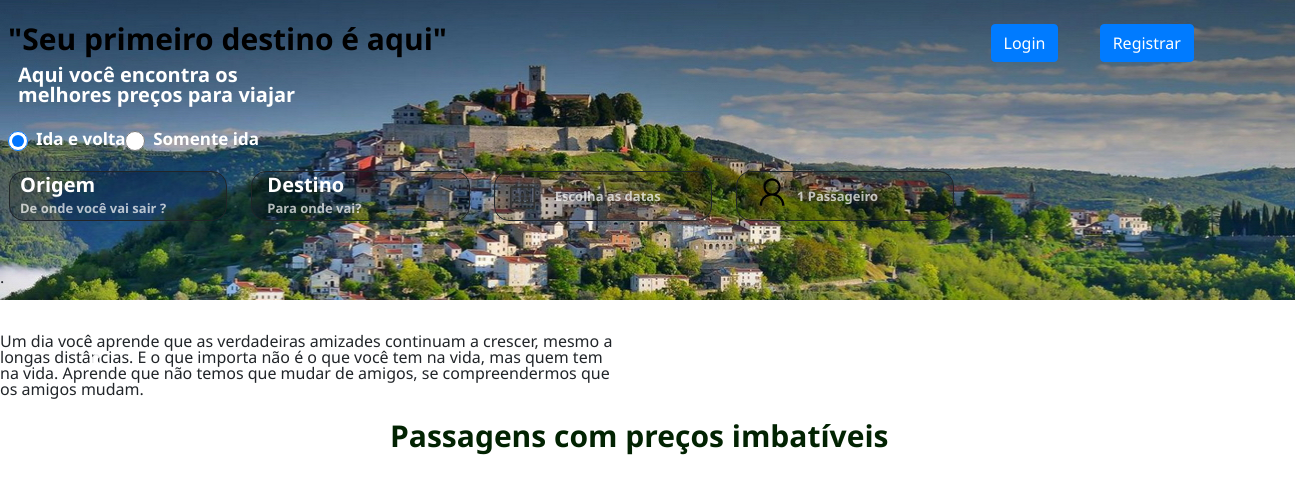
Repository: VictorFlay/Aplicacao-WEB
Page: http://localhost/ProjetoWeb/
The author's editor kept a copy of each file at every save. The page is drawn from the files as they stood at one save, then again after the next save.
The browser window is 1280 px wide. The page is 1295 px wide, so the pictures cover 1295 px, including what lies to the right of the window. The pictures show the whole page.
Some web libraries are served in a nearby version. The page is served by Tomcat 9. Other server files are loaded and not shown. Queries for data that is not in the repository find no rows.

Above is the page before, as saved 2021-07-14 19:14:16.

### ProjetoWeb/WebContent/index.jsp
<%@page import="model.Passagem" %>
<html lang="pt">
<head>
	<%@ page contentType="text/html; charset=UTF-8" %>
 <meta http-equiv="Content-Type" content="text/html; charset=UTF-8" />
    <script
  src="https://code.jquery.com/jquery-3.6.0.js"
  integrity="sha256-H+K7U5CnXl1h5ywQfKtSj8PCmoN9aaq30gDh27Xc0jk="
  crossorigin="anonymous"></script>
    <meta charset="UTF-8">
    <meta http-equiv="X-UA-Compatible" content="IE=edge">
    <meta name="viewport" content="width=device-width, initial-scale=1.0">
    <link rel="stylesheet" type="text/css" href="css/design.css">
    <script src="https://code.jquery.com/jquery-3.2.1.slim.min.js" integrity="sha384-KJ3o2DKtIkvYIK3UENzmM7KCkRr/rE9/Qpg6aAZGJwFDMVNA/GpGFF93hXpG5KkN" crossorigin="anonymous"></script>

    <!-- Bootstrap CSS -->
    <link rel="stylesheet" href="https://maxcdn.bootstrapcdn.com/bootstrap/4.0.0/css/bootstrap.min.css" integrity="sha384-Gn5384xqQ1aoWXA+058RXPxPg6fy4IWvTNh0E263XmFcJlSAwiGgFAW/dAiS6JXm" crossorigin="anonymous">

    <title>Document</title>
    <%
    	String carousel = new Passagem().CarouselPromocao();
    	String carouselcards = new Passagem().CarouselCards();
    	String nome = (String) session.getAttribute("nome");
    %>
</head>
<body>



    <script src="https://cdnjs.cloudflare.com/ajax/libs/popper.js/1.12.9/umd/popper.min.js" integrity="sha384-ApNbgh9B+Y1QKtv3Rn7W3mgPxhU9K/ScQsAP7hUibX39j7fakFPskvXusvfa0b4Q" crossorigin="anonymous"></script>
    <script src="https://maxcdn.bootstrapcdn.com/bootstrap/4.0.0/js/bootstrap.min.js" integrity="sha384-JZR6Spejh4U02d8jOt6vLEHfe/JQGiRRSQQxSfFWpi1MquVdAyjUar5+76PVCmYl" crossorigin="anonymous"></script>
    <meta name="viewport" content="width=device-width, initial-scale=1, shrink-to-fit=no">


    <div class="container-fluid px-0">


        <img src="img/menu.jpg" class="img-responsive" alt="Responsive image" id="imagem">


    <div class="row">


        <div class="col-12 col-lg-9 justify-content-between mt-4 ml-2" id="mensagem">
            "Seu primeiro destino é aqui"
        </div>



	<% if(nome == null){ %>
    <div class="col-4 col-lg-1 mt-4">
      			<button type="button" class="btn btn-primary" data-toggle="modal" data-target="#login" data-whatever="@mdo">Login</button>

				<div class="modal fade" id="login" tabindex="-1" role="dialog" aria-labelledby="exampleModalLabel" aria-hidden="true">
				  <div class="modal-dialog" role="document">
				    <div class="modal-content">
				      <div class="modal-header">
				        <h5 class="modal-title" id="exampleModalLabel">Login</h5>
				        <button type="button" class="close" data-dismiss="modal" aria-label="Close">
				          <span aria-hidden="true">&times;</span>
				        </button>
				      </div>
				      <div class="modal-body">
				        <form method="POST" id="login-form">
				          <div class="form-group">
				          	<div class="alert alert-danger center" role="alert" id="errologin">

							</div>

				            <label for="login" class="col-form-label">Login:</label>
				            <input type="text" class="form-control" id="username" name="username">
				          </div>

				          <div class="form-group">

							<label for="senha" class="col-form-label">Senha:</label>
				            <input type="password" class="form-control" id="senha" name="senha">

				          </div>




				      <div class="modal-footer">
				        <button type="button" class="btn btn-secondary" data-dismiss="modal">Close</button>
				        <button type="submit" class="btn btn-primary">Send message</button>
				      </div>
				      </form>
				      </div>
				    </div>
				  </div>
				</div>



    </div>

<div class="col-4 col-lg-1 mt-4">
      			<button type="button" class="btn btn-primary" data-toggle="modal" data-target="#registrar" data-whatever="@mdo">Registrar</button>

				<div class="modal fade" id="registrar" tabindex="-1" role="dialog" aria-labelledby="exampleModalLabel" aria-hidden="true">
				  <div class="modal-dialog" role="document">
				    <div class="modal-content">
				      <div class="modal-header">
				        <h5 class="modal-title" id="exampleModalLabel">Registrar</h5>
				        <button type="button" class="close" data-dismiss="modal" aria-label="Close">
				          <span aria-hidden="true">&times;</span>
				        </button>
				      </div>
				      <div class="modal-body">
				        <form method="POST" id="register-form">
				        	<div class="alert alert-danger center" role="alert" id="erro">
  								Nome ou Login já cadastrado!
							</div>
				          <div class="form-group">
				            <label for="nome" class="col-form-label">Nome Completo:</label>
				            <input type="text" class="form-control" id="nome" name="nome">
				          </div>

				          <div class="form-group">
							<label for="login" class="col-form-label">Login:</label>
				            <input type="text" class="form-control" id="cxlogin" name="cxlogin">
				          </div>

				          <div class="form-group">
							<label for="senha" class="col-form-label">Senha:</label>
				            <input type="password" class="form-control" id="cxsenha" name="cxsenha">
				          </div>

				         <div class="form-row">
						<div class="form-group col-md-6">
							<label for="telefone" class="col-form-label">Telefone:</label>
				            <input type="text" class="form-control" id="telefone" placeholder="Digite seu telefone..." name="telefone">
				          </div>


						<div class="form-group col-md-3 ml-4">
							<label for="estado" class="col-form-label">Estado</label>
      						<select id="estado" class="form-control">
	        					<option value="AC" selected>AC</option>
	       						<option value="AL">AL</option>
	       						<option value="AP">AP</option>
	       						<option value="AM">AM</option>
	       						<option value="BA">BA</option>
	       						<option value="CE">CE</option>
	       						<option value="ES">ES</option>
	       						<option value="GO">GO</option>
	       						<option value="MA">MA</option>
	       						<option value="MT">MT</option>
	       						<option value="MS">MS</option>
	       						<option value="MG">MG</option>
	       						<option value="PA">PA</option>
	       						<option value="PB">PB</option>
	       						<option value="PR">PR</option>
	       						<option value="PE">PE</option>
	       						<option value="PI">PI</option>
	       						<option value="RJ">RJ</option>
	       						<option value="RN">RN</option>
	       						<option value="RS">RS</option>
	       						<option value="RO">RO</option>
	       						<option value="RR">RR</option>
	       						<option value="SC">SC</option>
	       						<option value="SP">SP</option>
	       						<option value="SE">SE</option>
	       						<option value="TO">TO</option>
	       						<option value="DF">DF</option>
      						</select>
						</div>
				      </div>


				      <div class="modal-footer">
				        <button type="button" class="btn btn-secondary" data-dismiss="modal">Close</button>
				        <button type="submit" class="btn btn-primary">Send message</button>
				      </div>
				      </form>
				      </div>
				    </div>
				  </div>
				</div>
  			</div>
	<% }

	else{
	%>
	<div class="row justify-content-end">
		<div class="col-4 col-lg-1 mt-4 ml-4">
			<a href="deslogar.jsp">
			<button type="button" class="btn btn-primary">Deslogar</button>
	        </a>
	    </div>
    </div>

	<% } %>

	</div>
    <div class="row">
        <div class="col-12 col-lg-3 ml-2" id="mensagem2">
            Aqui você encontra os melhores preços para viajar
        </div>
    </div>

    <div class="row">
        <div class="col-2 col-lg-1 mt-4 ml-2">
            <div class="form-check" >
                <input class="form-check-input" type="radio" name="exampleRadios" id="radio1" value="option1" checked>
                <label class="form-check-label jss29 ml-2 mt-1" for="exampleRadios1">
                    Ida e volta
                </label>
            </div>
        </div>

        <div class="col-2 col-lg-1 mt-4 ml-2">
            <div class="form-check">
                <input class="form-check-input" type="radio" name="exampleRadios" id="radio1" value="option1">
                <label class="form-check-label jss29 ml-2 mt-1" for="exampleRadios1">
                    Somente ida
                </label>
            </div>
        </div>
    </div>

    <div class="row">
        <div class="col-5 col-lg-2 mt-4 ml-4" id="origem">
            <div class="jss1"><p>Origem</p></div>
            <div class="jss2">De onde você vai sair ?</div>
        </div>

        <div class="col-5 col-lg-2 mt-4 ml-4" id="destino">
            <div class="jss3">Destino</div>
            <div class="jss4">Para onde vai?</div>
        </div>

        <div class="col-5 col-lg-2 mt-4 ml-4" id="calendario">
            <img src="img/calendario.jpg" width="25px" height="25px" id="iconecalendario">
            <div class="jss5">Escolha as datas</div>
        </div>

        <div class="col-5 col-lg-2 mt-4 ml-4" id="passageiro">
            <div id="perfil">
                <img src="img/perfil.png" width="40px" height="40px" >
            </div>
            <div class="jss6">1 Passageiro</div>
        </div>




      </div>

	<div class="row mt-5">
		 <div class="col-sm-6 col-lg-2">
		.
        </div>
	</div>


      <div class="row mt-5">
        <div class="col-6 col-lg-6 ">
            Um dia você aprende que as verdadeiras amizades continuam a crescer, mesmo a longas distâncias. E o que importa não é o que você tem na vida, mas quem tem na vida. Aprende que não temos que mudar de amigos, se compreendermos que os amigos mudam.
         </div>
         <div class="col-6 col-lg-5">
			<% out.print(carousel); %>
         </div>
        <div class="col-12 col-lg-12 ">
            <div class="mx-auto msg mt-4" style="width: 500px;">
  				Passagens com preços imbatíveis
			</div>
         </div>
		</div>



		<div class="row mt-4">
			<div class="col-sm-12">

				<% out.print(carouselcards); %>

			</div>
		</div>


</div>







<script src="https://code.jquery.com/jquery-3.3.1.min.js" integrity="sha256-FgpCb/KJQlLNfOu91ta32o/NMZxltwRo8QtmkMRdAu8=" crossorigin="anonymous"></script>
<script type="text/javascript" src="js/script.js"></script>






</body>
</html>

### ProjetoWeb/src/model/Passagem.java
package model;


import java.sql.ResultSet;
import java.sql.SQLException;
import java.text.NumberFormat;
import java.util.Locale;

import database.DBQuery;

public class Passagem {
	private int idPassagem;
	private int idLocalizacao;
	private int promocao;

	private String tableName = "";
	private String fieldsName = "";
	private String keyField = "";
	private DBQuery dbQuery = null;

	Locale ptBr = new Locale("pt", "BR");

	public Passagem() {
		this.tableName = "passagem";
		this.fieldsName = "idLocalizacao, promocao";
		this.keyField = "idPassagem";
		this.dbQuery = new DBQuery(this.tableName, this.fieldsName, this.keyField);
	}

	public Passagem(String idLocalizacao, String promocao) {
		this.tableName = "passagem";
		this.fieldsName = "idLocalizacao, promocao";
		this.keyField = "idPassagem";
		this.dbQuery = new DBQuery(this.tableName, this.fieldsName, this.keyField);

		this.setIdLocalizacao(Integer.parseInt(idLocalizacao));
		this.setPromocao(Integer.parseInt(promocao));
	}

	public String[] toArray() {
		return(
			new String[] {
				""+this.getIdLocalizacao(),
				""+this.getPromocao()
			}
		);
	}

	public boolean save() {
		ResultSet rs = this.dbQuery.select("idLocalizacao = '"+this.getIdLocalizacao()+"'");
		try {
			while(rs.next()) {
				return true;
			}
		} catch (SQLException e) {

		}
		this.dbQuery.insert(this.toArray());
		return false;
	}


	public String CarouselPromocao() {
		ResultSet rss = this.dbQuery.selectPromocao("PROMOCAO = 1 group by lo.nome");
		String saida = "<div id=\"indicador\" class=\"carousel slide\" data-ride=\"carousel\">";

		int i = 0;
		saida += "<ol class=\"carousel-indicators\">";
		try {
			while(rss.next()) {
				if(i == 0) {
					saida += "<li data-target=\"#indicador\" data-slide-to="+i+" class=\"active\"></li>";
				}
				else {
					saida += "<li data-target=\"#indicador\" data-slide-to="+i+"></li>";
				}
				i++;
			}
		} catch (SQLException e1) {

			e1.printStackTrace();
		}
		saida += "</ol>";


		ResultSet rs = this.dbQuery.selectPromocao("PROMOCAO = 1 group by lo.nome");
		saida += "<div class=\"carousel-inner\">";
		i = 0;
		try {
			while(rs.next()) {
				if(i == 0) {
				saida += "<div class=\"carousel-item active\">\r\n" +
						"<a href=passagens.jsp?idpassagem="+rs.getString("passagem")+">"+
						"  <img class=\"d-block w-100\" src=" + rs.getString("URL") + " style=\"height:380px; width:350px;\">\r\n" +
						"</a>" +
						" <div class=\"carousel-caption d-none d-md-block\">" +
						"<h4>" + rs.getString("nome") + "</h4>" +
						"<p>" + "preço a partir de: " + NumberFormat.getCurrencyInstance(ptBr).format(rs.getFloat("preco")) + "<p>" +
						" </div> </div>";
				}
				else {
					saida += "<div class=\"carousel-item\">\r\n" +
							"<a href=passagens.jsp?idpassagem="+rs.getString("passagem")+">"+
							"  <img class=\"d-block w-100\" src=" + rs.getString("URL") + " style=\"height:380px; width:350px;\">\r\n" +
							"</a>" +
							" <div class=\"carousel-caption d-none d-md-block\">" +
							"<h4>" + rs.getString("nome") + "</h4>" +
							"<p>" + "preço a partir de: " + NumberFormat.getCurrencyInstance(ptBr).format(rs.getFloat("preco")) + "<p>" +
							" </div> </div>";
				}
				i++;
			}
		}catch (SQLException e) {
			e.printStackTrace();
		}
		saida +="</div>";

		saida += "  <a class=\"carousel-control-prev\" href=\"#indicador\" role=\"button\" data-slide=\"prev\">\r\n" +
				"    <span class=\"carousel-control-prev-icon\" aria-hidden=\"true\"></span>\r\n" +
				"    <span class=\"sr-only\">Previous</span>\r\n" +
				"  </a>\r\n" +
				"  <a class=\"carousel-control-next\" href=\"#indicador\" role=\"button\" data-slide=\"next\">\r\n" +
				"    <span class=\"carousel-control-next-icon\" aria-hidden=\"true\"></span>\r\n" +
				"    <span class=\"sr-only\">Next</span>\r\n" +
				"  </a>\r\n" +
				"</div>";

		return (saida);
	}


	public String CarouselCards() {
		ResultSet rs = this.dbQuery.selectPromocao("PROMOCAO = 0 group by lo.nome");

		String saida = "<div id=\"inam\" class=\"carousel slide\" data-ride=\"carousel\">";
		saida += "	<div class=\"carousel-inner\">\r\n";


		int i = 0;
		try {
			while(rs.next()) {
				if(i == 0) {
					saida += "<div class=\"carousel-item active dr\">\r\n" +
							"	<div class=\"container\">\r\n" +
							"		<div class=\"row\">";
				}else if(i % 3 == 0) {
					saida += "<div class=\"carousel-item dr\">\r\n" +
							"	<div class=\"container\">\r\n" +
							"		<div class=\"row\">";
				}
				i++;
				saida += "<div class=\"col-3 col-lg-3\">\r\n" +
						"	<div class=\"card\" style=\"width: 100%;height: 100%;margin: auto;\">\r\n" +
						"	<img src=" + rs.getString("URL") + " class=\"card-img-top\">\r\n" +
						"	<div class=\"card-body\">\r\n" +
						"		<h2 class=\"card-title\">" + rs.getString("nome") + "</h2>" +
						"		<p class=\"card-text\">" +"<h6>Preço a partir de: "+ NumberFormat.getCurrencyInstance(ptBr).format(rs.getFloat("preco")) +"</h6></p>\r\n" +
						"			<a href=passagens.jsp?idpassagem=" + rs.getString("passagem") + ">" +
						"		<button type=\"button\" class=\"btn btn-warning\">Detalhes</button>\r\n" +
						"			</a>" +
						"		</div>" +
						"	</div>" +
						"</div>";

				if(i % 3 == 0) {
					saida += "</div>\r\n" +
							"</div>\r\n" +
							"</div>";
				}
			}
		saida += "</div></div></div>";


		saida += "<a href=\"#inam\" class=\"carousel-control-prev\" data-slide=\"prev\">\r\n" +
					"<span class=\"carousel-control-prev-icon\"></span>\r\n" +
				"</a>\r\n" +
				"<a href=\"#inam\" class=\"carousel-control-next\" data-slide=\"next\">\r\n" +
				"	<span class=\"carousel-control-next-icon\"></span>\r\n" +
				"</a>\r\n" +
				"</div>";
		} catch (SQLException e) {
			// TODO Auto-generated catch block
			e.printStackTrace();
		}
		return (saida);
	}

	public String destino (String idpassagem) {
		ResultSet rs = this.dbQuery.destino ("passagem.idPassagem = '" + idpassagem + "'");
		String saida = null;

		try {
			while (rs.next ()) {
				saida = rs.getString ("nome");
			}
		} catch (SQLException e) {
			// TODO bloco de captura gerado automaticamente
			e.printStackTrace ();
		}

		return (saida);
	}

	public String passagemDisponivel() {
		ResultSet rs = this.dbQuery.selectPassagem("");
		String saida = "<select id=\"cxpassagem\" name=\"cxpassagem\" class=\"form-control\">";
		try {
			while(rs.next()) {
				saida += "<option value="+ rs.getInt("idPassagem")+">"+ rs.getString("nome") + "</option>";
			}
			saida += "</select>";

		} catch (SQLException e) {
			e.printStackTrace();
		}
		return(saida);
	}


	public String selectPassagem() {
		ResultSet rs = this.dbQuery.selectPassagem("");
		String saida = "";

		try {
			while(rs.next()) {
				saida += "<div class=\"col-md-3 mt-3\">\r\n" +
						"		<div class=\"card\">\r\n" +
						"		  <div class=\"card-body\">\r\n" +
						"		<div class=\"col text-center\">" +
						"			<img src=\"img/globo.png\" class=\"bloco\" >" +
						"		</div>" +
						"		<div class=\"row mt-1\">\r\n" +
						"			<div class=\"col-md-12\">" +
						"		    <h6 class=\"card-text\">Nome do lugar: "+rs.getString("nome")+ "</h6>\r\n" +
						"			</div>" +
						"		</div>" +
						"		<div class=\"row mt-1\">\r\n" +
						"			<div class=\"col-md-12\">" +
						"		    	<h6 class=\"card-text\">Promoção (destaque index): "+(rs.getInt("promocao")==0?"Não":"Sim")+ "</h6>\r\n" +
						"			</div>" +
						"		</div>" +
						"		<div class=\"row justify-content-center mt-2 \">" +
						"			<div class=\"col-3 text-center\">\r\n" +
						"				<a href="+"excluirpassagem.jsp?idpassagem="+rs.getInt("id")+">" +
						"					<button type=\"button\" class=\"btn btn-primary excluirpassagem\" data-toggle=\"modal\" data-target=\"#myModal\">\r\n" +
						"						Excluir" +
						"					</button>\r\n"+
						"				</a>" +
						"		</div></div>  </div>\r\n" +
						"		</div>\r\n" +
						"</div>";
			}
		} catch (SQLException e) {
			// TODO Auto-generated catch block
			e.printStackTrace();
		}

		saida += "</div>";
		return(saida);
	}


	public void deletePassagem() {
		ResultSet rs = this.dbQuery.quantidadePassagem("passagem.idPassagem="+this.getIdPassagem());
		int qntd = 0;
		try {
			while(rs.next()) {
				qntd = rs.getInt("qntd");
			}
		} catch (SQLException e) {
			e.printStackTrace();
		}
		if(qntd >= 1) {
			this.dbQuery.deleteLinha("idPassagem="+ "" + this.getIdPassagem());
			this.dbQuery.deletePassagem("idPassagem=" + "" + this.getIdPassagem());
		}else {
			this.dbQuery.deletePassagem("idPassagem=" + "" + this.getIdPassagem());
		}

	}

	public int getIdPassagem() {
		return idPassagem;
	}

	public void setIdPassagem(int idPassagem) {
		this.idPassagem = idPassagem;
	}

	public int getIdLocalizacao() {
		return idLocalizacao;
	}

	public void setIdLocalizacao(int idLocalizacao) {
		this.idLocalizacao = idLocalizacao;
	}

	public int getPromocao() {
		return promocao;
	}

	public void setPromocao(int promocao) {
		this.promocao = promocao;
	}

}

### ProjetoWeb/src/database/DBConnection.java
package database;


import java.lang.reflect.InvocationTargetException;
import java.sql.Connection;
import java.sql.DriverManager;
import java.sql.SQLException;

public class DBConnection {

	private String host;
	private String port;
	private String schema;
	private String user;
	private String password;

	private Connection connection = null;

	public DBConnection(String host, String port, String schema, String user, String password) {
		this.setHost(host);
		this.setPort(port);
		this.setSchema(schema);
		this.setUser(user);
		this.setPassword(password);
		this.doConnection();
	}

	public DBConnection() {
		this.setHost	("localhost");
		this.setPort	("3306");
		this.setSchema	("agencia");
		this.setUser	("root");
		this.setPassword("");
		this.doConnection();
	}

	private void doConnection() {
		String timezone = "&useTimezone=true&serverTimezone=UTC";// use o &useTimezone=true&serverTimezone=UTC para não ter problemas de data;
		String url = "jdbc:mysql://"+this.host+":"+port+"/"+this.schema+"?user="+this.user+"&password="+this.password+timezone;
		try {
			// Class.forName("com.mysql.jdbc.Driver").newInstance();
			// A linha acima foi depreciada após o mysql 8.0
			// A partir do mysql-connector-java-8.0.17.jar utilize as duas linhas abaixo
			Class.forName("com.mysql.cj.jdbc.Driver").getConstructor().newInstance();
			DriverManager.registerDriver(new com.mysql.cj.jdbc.Driver());
			this.connection = DriverManager.getConnection(url);
		} catch (InstantiationException e){
			e.printStackTrace();
		} catch (IllegalAccessException e){
			e.printStackTrace();
		} catch (ClassNotFoundException e) {
			e.printStackTrace();
		} catch (SQLException e) {
			e.printStackTrace();
		}catch (IllegalArgumentException e) {
			e.printStackTrace();
		} catch (InvocationTargetException e) {
			e.printStackTrace();
		} catch (NoSuchMethodException e) {
			e.printStackTrace();
		} catch (SecurityException e) {
			e.printStackTrace();
		}
	}

	public String getHost() {
		return host;
	}

	public void setHost(String host) {
		this.host = ( host.isEmpty() ? "localhost" : host ) ;
	}

	public String getPort() {
		return port;
	}

	public void setPort(String port) {
		this.port = ( port.isEmpty() ? "3306" : port ) ;
	}

	public String getSchema() {
		return schema;
	}

	public void setSchema(String schema) {
		this.schema = schema;
	}

	public String getUser() {
		return user;
	}

	public void setUser(String user) {
		this.user = user;
	}

	public String getPassword() {
		return password;
	}

	public void setPassword(String password) {
		this.password = password;
	}

	public Connection getConnection() {
		return (this.connection);
	}

}

### ProjetoWeb/WebContent/js/script.js
	$(document).ready(function(){
		 $('#mensagem').css({'color': 'black'});
	});

Loaded but not shown: ProjetoWeb/WebContent/css/design.css (780 lines, source omitted)

After the next save:
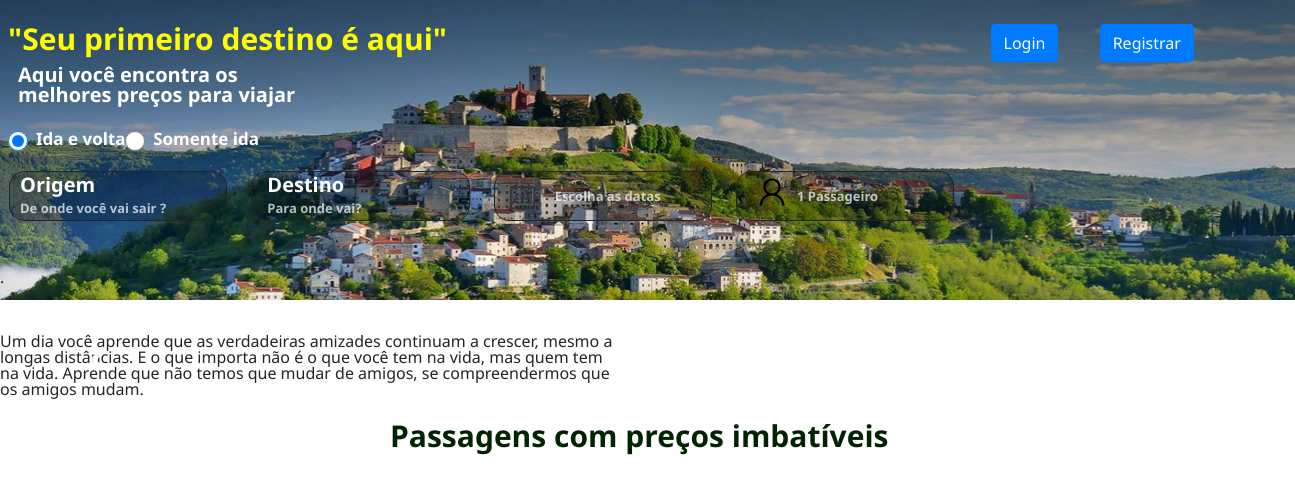
Saved 19 s later.
--- a/ProjetoWeb/WebContent/js/script.js
+++ b/ProjetoWeb/WebContent/js/script.js
@@ -1,3 +1,3 @@
 	$(document).ready(function(){
-		 $('#mensagem').css({'color': 'black'});
+		 $('#mensagem').css({'color': 'yellow'});
 	});
